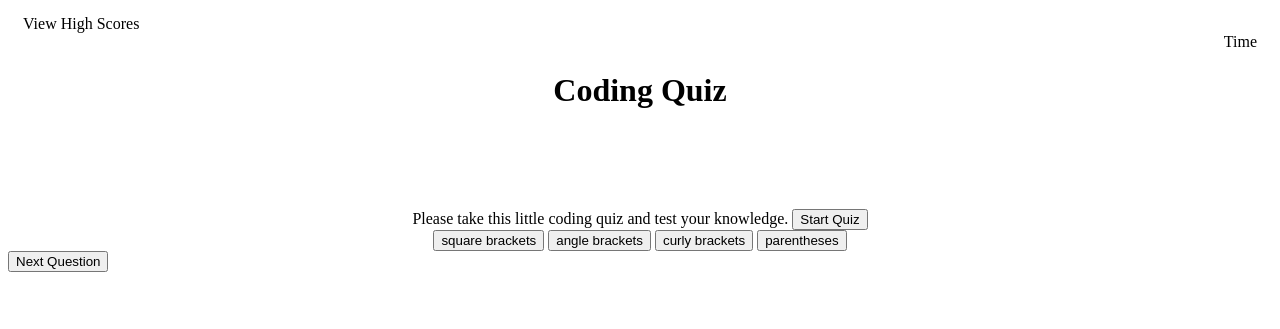
Repository: Naomilounsbury/code-quiz
Page: index.html
The author's editor kept a copy of each file at every save. The page is drawn from the files as they stood at one save, then again after the next save.
The browser window is 1280 px wide. The pictures show the whole page.
After loading, the first visible `button` was clicked once.

Above is the page before, as saved 2021-11-27 17:08:54.

### index.html
<!DOCTYPE html>
<html lang="en">
<head>
    <meta charset="UTF-8">
    <meta http-equiv="X-UA-Compatible" content="IE=edge">
    <meta name="viewport" content="width=device-width, initial-scale=1.0">
    <title>Code Quiz</title>
    <link rel="stylesheet" href="./assets/css/styles.css">
</head>
<body>
    <!-- basic words on the page, how do i get stuff inline? -->
 <header>
    <div class="high-scores">
     View High Scores
 </div>
 <!-- oh god I have to actually figure out how to do a timer -->
 <div class="time">
     Time
 </div>
 <h1 class="title">Coding Quiz</h1>
</header>
<!-- I then created a div element to introduce, maybe I'll add more to it later -->
 <div class="intro">

     Please take this little coding quiz and test your knowledge.
     <!-- I connected the button to the javascrpt woohoo -->
     <button onclick="onStartQuiz()">
         Start Quiz
     </button>
 </div>
 <!-- here is the quiz -->
 <form id="questions-form">
 <div id="question" class="question" >
    <!-- do i even need classes here? I know I will have to get buttons by id to be able to talk to them -->
     <button class="a" id="a" >
     </button>
     <button class="b" id="b">
     </button>
     <button class="c" id="c">
     </button>
     <button class="d" id="d">
     </button>


 </div>
 <button onclick="nextQuestion()">
        Next Question
</button>
</form>
<script src="./assets/js/script.js"></script>
</body>
</html>

### assets/css/styles.css
header {
    margin: 10px;
    padding: 5px;
    text-decoration-color: black;

}
.high-scores{
    text-align: left;
}
.time{
    text-align: right;
}
h1{
    height: 100px;
    text-align: center;

}
.intro{
    text-align: center;
}
.question{
    text-align: center;
}
#button{
    text-align: center;
}

### assets/js/script.js

//I want to create an onclick function eventually
//so I'm creating my function
var onStartQuiz = function(){
    //when the quiz starts it grabs the first object in the array
    var currentQuestion = questions[0];


    //its going into the html and taking the div clas question and setting the value equal to the current question
    //document.getElementById("question").innerText = currentQuestion.question

    //I dont know why these arent working and I'm crying
    document.createElement("button");
    document.getElementById("a").textContent = currentQuestion.a
    document.createElement("button");
    document.getElementById("b").textContent = currentQuestion.b
    document.createElement("button")
    document.getElementById("c").textContent = currentQuestion.c
    document.createElement("button");
    document.getElementById("d").textContent = currentQuestion.d
//create a separate onclick that changes the current question to something else
//create a next question button that will go on to the next question and save your answer
   console.log("hello")
}
//making an array of questions
var questions = [
    {
        //right now the key question is a string
        question: "To create an array, what kid of brackets are used?",
        answer: "a",
        a: "square brackets",
        b: "angle brackets",
        c: "curly brackets",
        d: "parentheses",
        //an array holds a list of items and since each question is an object we need a fucking comma
    },
    {
        question: "how do you create a branch with github?",
        answer: "b",
        a: "git push",
        b: "git branch",
        c: "git checkout",
        d: "git commit",
    },
    {
        question: "To create an array, what kid of brackets are used?",
        answer: "a",
        a: "square brackets",
        b: "angle brackets",
        c: "curly brackets",
        d: "parentheses",

    }
]

After the next save:
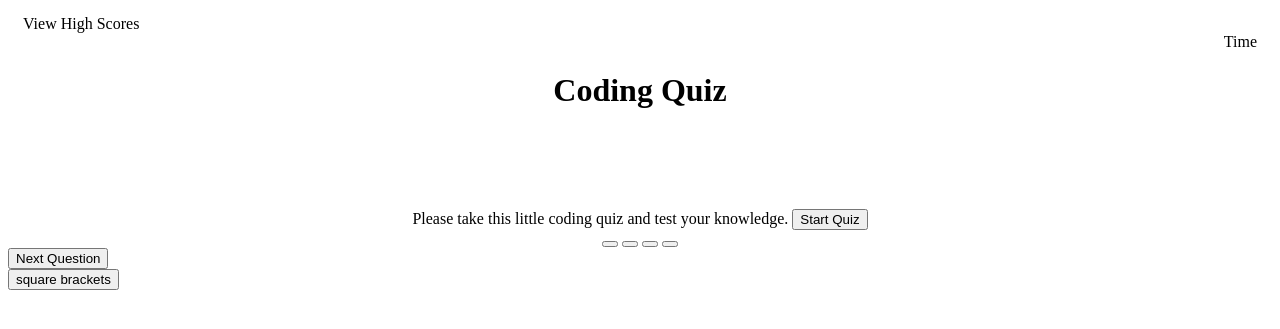
Saved 9 min 21 s later.
--- a/assets/js/script.js
+++ b/assets/js/script.js
@@ -10,14 +10,17 @@ var onStartQuiz = function(){
     //document.getElementById("question").innerText = currentQuestion.question
 
     //I dont know why these arent working and I'm crying
-    document.createElement("button");
-    document.getElementById("a").textContent = currentQuestion.a
-    document.createElement("button");
-    document.getElementById("b").textContent = currentQuestion.b
-    document.createElement("button")
-    document.getElementById("c").textContent = currentQuestion.c
-    document.createElement("button");
-    document.getElementById("d").textContent = currentQuestion.d
+    var btn = document.createElement("BUTTON");
+    btn.innerHTML = currentQuestion.a
+     document.body.appendChild(btn);
+    // document.createElement("button");
+    // document.getElementById("a").textContent = currentQuestion.a
+    // document.createElement("button");
+    // document.getElementById("b").textContent = currentQuestion.b
+    // document.createElement("button")
+    // document.getElementById("c").textContent = currentQuestion.c
+    // document.createElement("button");
+    // document.getElementById("d").textContent = currentQuestion.d
 //create a separate onclick that changes the current question to something else
 //create a next question button that will go on to the next question and save your answer
    console.log("hello")
